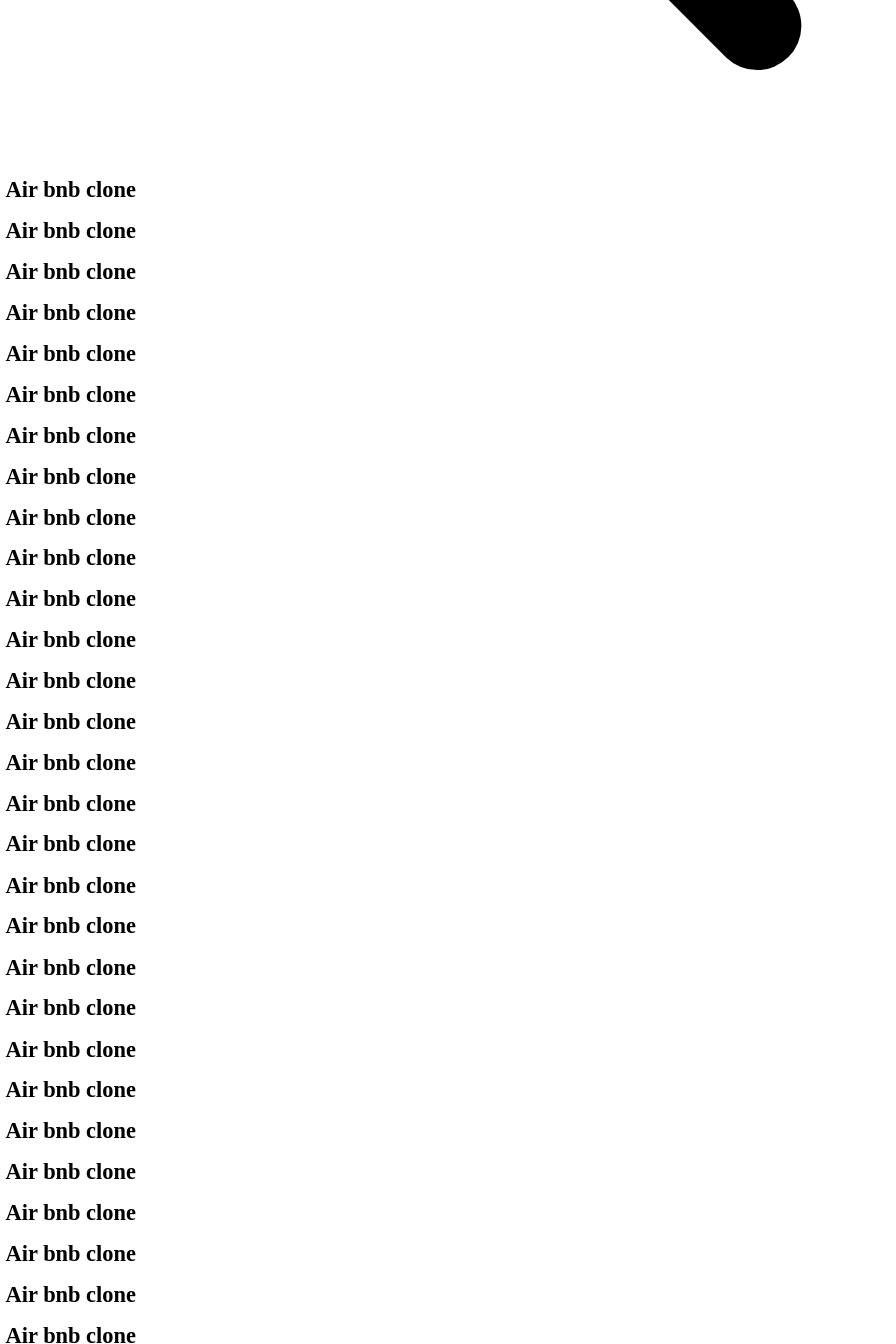
Repository: ahmadsaadkhan/Airbn-demo
Page: /
An editor plug-in stored every save of this project. The page is shown before and after the next save, followed by the edit.
The browser window is 1280 px wide. The pictures show the part of the page from y = 1065 to 2985 px (the page is 3831 px tall before and 3865 px after), at 70% of full size.
The project was rebuilt for these pictures with package versions that can differ from the ones it lists, and the page was loaded fresh each time. The framework's server and built-in components were replaced by stand-ins that run in the browser. Also part of the build but not shown: next.config.js.

Above is the page before, as saved 2021-08-06 17:47:10.

After the next save:
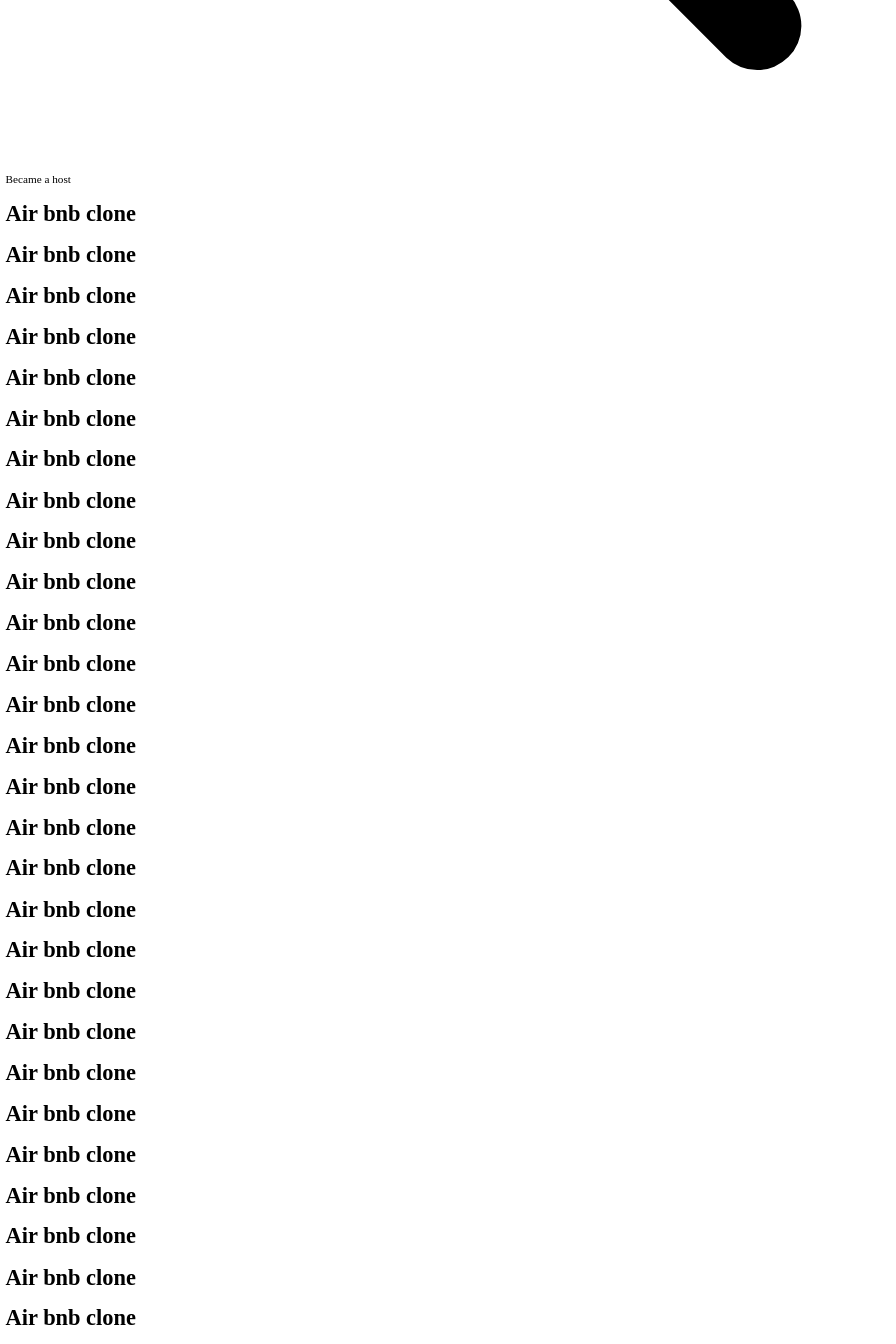
Saved 3 min 17 s later.
--- a/Components/Header.js
+++ b/Components/Header.js
@@ -13,10 +13,12 @@ const Header = () => {
                 />
             </div>
             <div className="flex items-center md:border-2 rounded-full py-2 md:shadow-sm">
-                <input className="flex-grow pl-5 bg-transparent outline-none text-sm text-gray-600" type="text" placeholder="Search" />
+                <input className="flex-grow pl-5 bg-transparent outline-none text-sm text-gray-600 placeholder-gray-400" type="text" placeholder="Search" />
                 <SearchIcon className="hidden md:inline-flex h-8 bg-red-400 text-white rounded-full p-2 cursor-pointer md:mx-2"/>
             </div>
-            <div></div>
+            <div>
+                <p>Became a host</p>
+            </div>
         </header>
      );
 }
